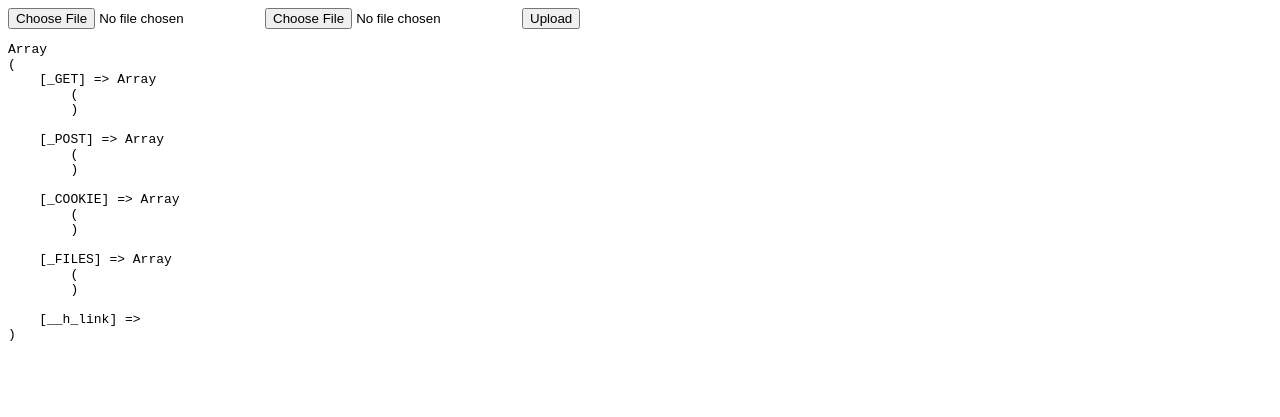
Repository: sara55m/File_Upload
Page: http://localhost/form2.php
These files come from the project's save history. The page is drawn as it stood at one moment and after the next save; the edit follows.
The browser window is 1280 px wide. The pictures show the whole page.
The page is run by PHP 8.4 with error messages shown; the project is at /var/www/html/.

Above is the page before, as saved 2024-09-02 04:08:23.

After the next save:
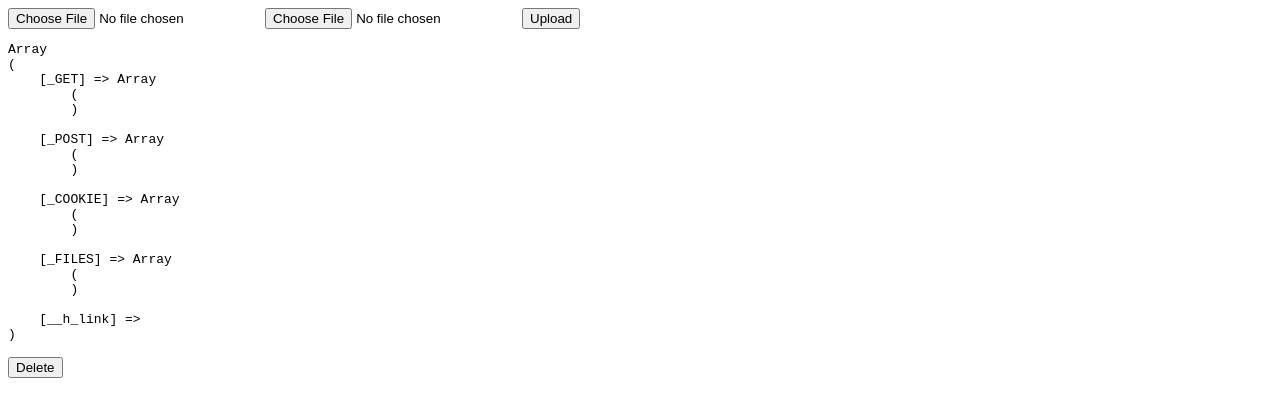
Saved 99 s later.
--- a/form2.php
+++ b/form2.php
@@ -14,8 +14,7 @@
 <input type="submit" name="submit" value="Upload">
 </form>
 
-</body>
-</html>
+
 
 <?php
 require("my_func.php");
@@ -33,4 +32,10 @@ if($_POST){
     }
 
 }
+
     ?>
+<form action="" method="post">
+<input type="submit" name="delete" value="Delete">
+</form>
+</body>
+</html>
